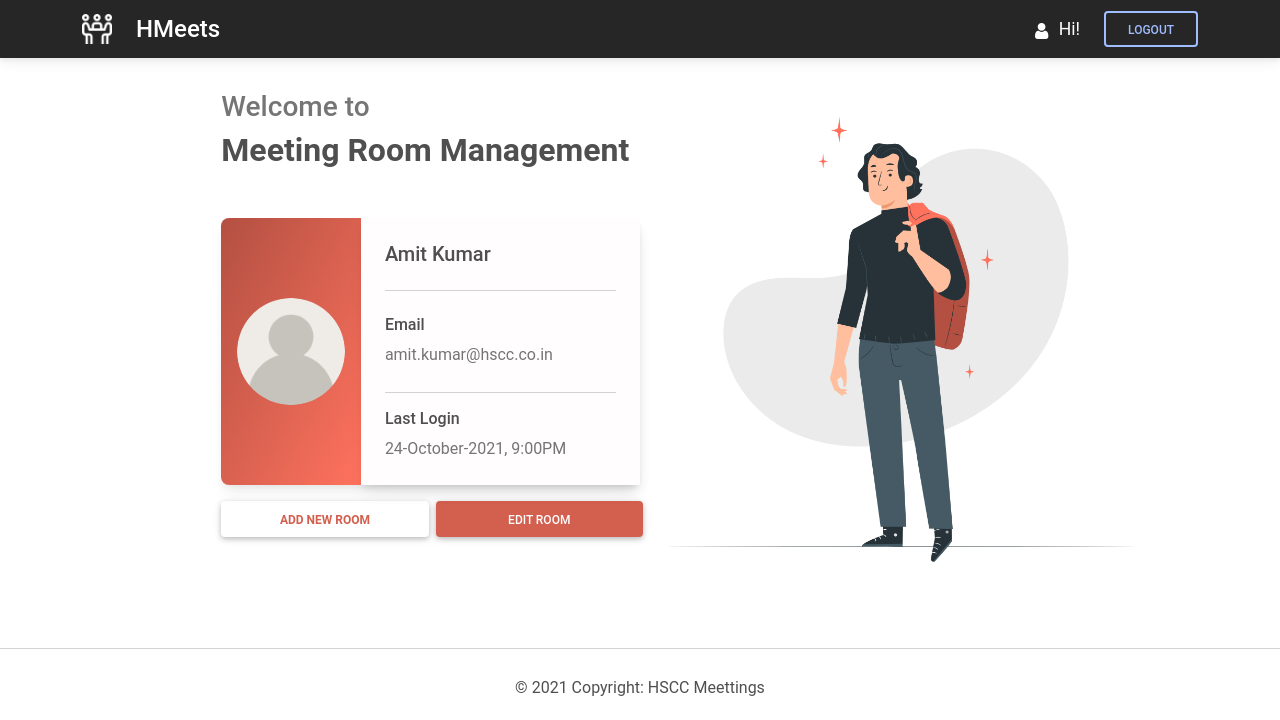
Repository: pavleen14/techyons-code-fury
Page: http://localhost/meetingroommanagement/views/admin.jsp
An editor plug-in stored every save of this project. The page is shown before and after the next save, followed by the edit.
The browser window is 1280 px wide. The pictures show the whole page.
The page is served by Tomcat 9. Other server files are loaded and not shown.

Above is the page before, as saved 2021-09-26 17:16:05.

### application/meetingroommanagement/src/main/webapp/views/admin.jsp
<%@page import="com.hsbc.meets.entity.User"%>
<%@page import="javax.servlet.descriptor.JspPropertyGroupDescriptor"%>
<!DOCTYPE html>
<html lang="en">

<head>
    <meta charset="UTF-8">
    <meta http-equiv="X-UA-Compatible" content="IE=edge">
    <meta name="viewport" content="width=device-width, initial-scale=1.0">
    <link rel="stylesheet" href="/meetingroommanagement/css/style.css">
    <title>Admin | HMeets</title>
</head>

<body id="page-container">
<%
    User user = (User)request.getSession().getAttribute("user");
    pageContext.setAttribute("user", user);
%>
    <header>
        <!-- Navbar -->
        <nav class="navbar navbar-expand-lg bg-dark" style="height: 8vh">
            <div class="container">
                <!-- Logo -->
                <img src="/meetingroommanagement/resources/images/logo.png" height="30" alt="" />
                <h4 class="text-white ms-4 my-auto">HMeets</h4>
                <!-- Logo -->

                <!-- Menu button -->
                <button class="navbar-toggler" type="button" data-mdb-toggle="collapse" data-mdb-target="#navbarButtons" aria-controls="navbarButtons" aria-expanded="true" aria-label="Toggle navigation">
                    <img src="/meetingroommanagement/resources/images/icon_menu.png" height="22" alt="" class="me-1" />
                </button>
                <!-- Menu button -->

                <!-- Nav Items -->
                <div class="collapse navbar-collapse align-items-center" id="navbarButtons">
                    <div class="me-auto"></div>
                    <!-- <small class="text-info me-4">Link</small> -->
                    <ul class="align-nav-item">
                        <img src="/meetingroommanagement/resources/images/icon_user.png" height="16" alt="" class="me-1" />
                        <small class="text-white me-4">Hi! ${ user.Name }</small>
                    </ul>
                    <ul class="align-nav-item">
                        <a href="">
                            <button type="button" class="btn btn-outline-info" data-mdb-ripple-color="dark">
                                Logout
                            </button>
                        </a>
                    </ul>
                    <!-- </div> -->
                </div>
                <!-- Nav Items -->
            </div>
        </nav>
        <!-- Navbar -->
    </header>

    <main id="content-wrap">
        <div class="container-fluid">
            <div class="row d-flex justify-content-center align-items-center h-100">
                <div class="col-9 col-sm-8 col-md-9 col-lg-6 col-xl-4 offset-xl-1">
                    <!--Welcome Text-->
                    <div class="d-flex flex-row align-items-center justify-content-center justify-content-lg-start">
                        <h3 class="text-muted">Welcome to</h3><br>
                    </div>
                    <div>
                        <h1 class="text-center lead d-flex flex-row align-items-center justify-content-center justify-content-lg-start">
                            Meeting Room Management</h1>
                    </div>
                    <!--/ Welcome Text-->

                    <!--User Details-->
                    <div class="card mt-5 mb-3" style="border-radius: .5rem;">
                        <div class="row g-0">
                            <div class="col-md-4 gradient-custom d-flex flex-row align-items-center justify-content-center" style="border-top-left-radius: .5rem; border-bottom-left-radius: .5rem;">
                                <img src="/meetingroommanagement/resources/images/img_user_card.png" alt="avatar" class="rounded-circle img-fluid py-4 p-3" style="width: 150px;">
                            </div>
                            <div class="col-md-8">
                                <div class="user-card-body px-4 py-2">
                                    <h5 class="my-3">Amit Kumar</h5>
                                    <hr class="my-4">
                                    <div class="col-12 mb-1">
                                        <h6>Email</h6>
                                        <p class="text-muted">amit.kumar@hscc.co.in</p>
                                    </div>
                                    <hr class="mt-4">
                                    <div class="col-12 mb-1">
                                        <h6>Last Login</h6>
                                        <p class="text-muted">24-October-2021, 9:00PM</p>
                                    </div>
                                </div>
                            </div>
                        </div>
                    </div>
                    <!--/ User Details-->

                    <!--Action Buttons-->
                    <div class="row">
                        <div class="col-md-6">
                            <button type="button" class="btn" id="btnadminoutline">
                                Add New Room
                            </button>
                        </div>
                        <div class="col-md-6">
                            <button type=" button" class="btn" id="btnadmin">Edit Room</button>
                        </div>
                    </div>
                    <!--/ Action Buttons-->

                </div>
                <!--Background picture-->
                <div class="col-9 col-sm-6 col-md-6 col-lg-6 col-xl-5">
                    <img src="/meetingroommanagement/resources/images/bg_admin.png" class="img-fluid" alt="Login">
                </div>
                <!--Background picture-->
            </div>
        </div>
    </main>

    <!--Footer-->
    <footer id="footer">
        <div>
            <hr class="my-2">
        </div>
        <div class="footer-copyright d-flex align-items-center justify-content-center">
            © 2021 Copyright: HSCC Meettings
        </div>
    </footer>
    <!--/.Footer-->

    <!--scripts-->
    <script src="/meetingroommanagement/scripts/scripts.js"></script>
    <!--scripts-->
</body>

</html>

Loaded but not shown: application/meetingroommanagement/src/main/webapp/css/style.css (library); application/meetingroommanagement/src/main/webapp/scripts/scripts.js (library)

After the next save:
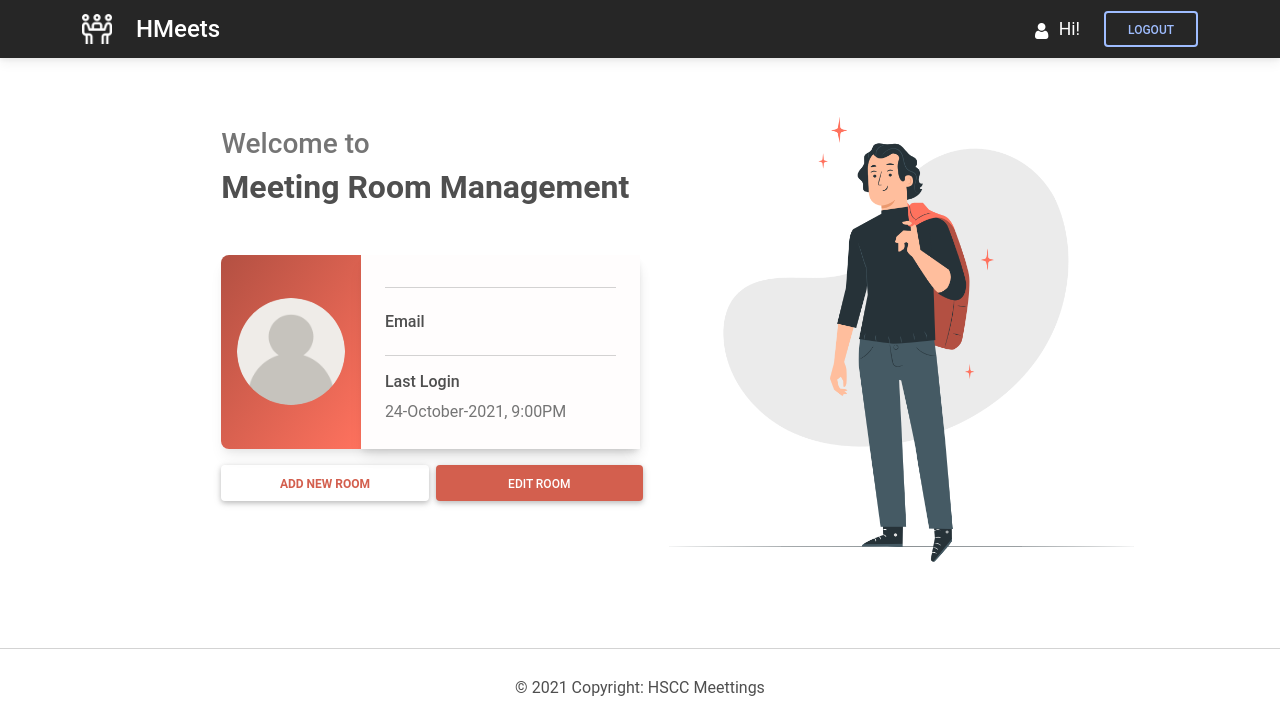
Saved 16 s later.
--- a/application/meetingroommanagement/src/main/webapp/views/admin.jsp
+++ b/application/meetingroommanagement/src/main/webapp/views/admin.jsp
@@ -76,11 +76,11 @@
                             </div>
                             <div class="col-md-8">
                                 <div class="user-card-body px-4 py-2">
-                                    <h5 class="my-3">Amit Kumar</h5>
+                                    <h5 class="my-3">${ user.Name }</h5>
                                     <hr class="my-4">
                                     <div class="col-12 mb-1">
                                         <h6>Email</h6>
-                                        <p class="text-muted">amit.kumar@hscc.co.in</p>
+                                        <p class="text-muted"></p>
                                     </div>
                                     <hr class="mt-4">
                                     <div class="col-12 mb-1">

After the 3 saves that followed:
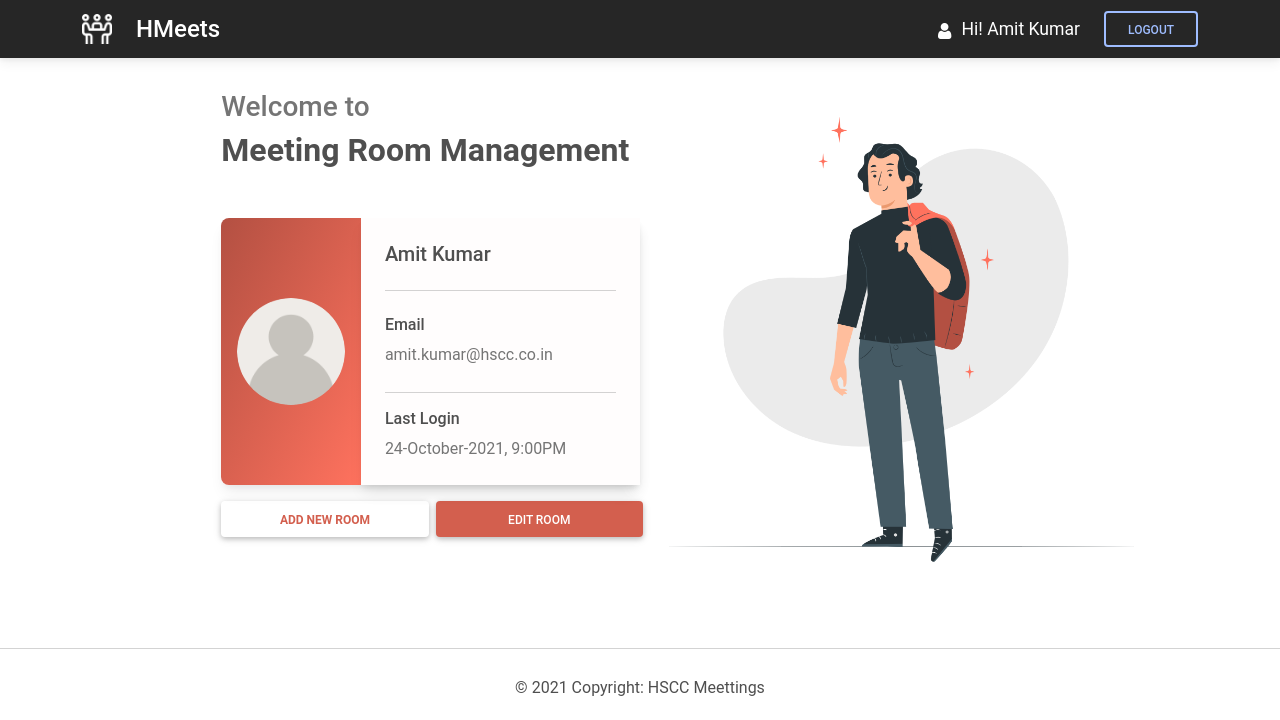
The 3 saves are shown as one change because 2 left the picture as it was.
The last was saved 3 min 22 s later.
--- a/application/meetingroommanagement/src/main/webapp/views/admin.jsp
+++ b/application/meetingroommanagement/src/main/webapp/views/admin.jsp
@@ -1,5 +1,5 @@
-<%@page import="com.hsbc.meets.entity.User"%>
-<%@page import="javax.servlet.descriptor.JspPropertyGroupDescriptor"%>
+<%@ page language="java" contentType="text/html; charset=ISO-8859-1"
+    pageEncoding="ISO-8859-1"%>
 <!DOCTYPE html>
 <html lang="en">
 
@@ -12,10 +12,6 @@
 </head>
 
 <body id="page-container">
-<%
-    User user = (User)request.getSession().getAttribute("user");
-    pageContext.setAttribute("user", user);
-%>
     <header>
         <!-- Navbar -->
         <nav class="navbar navbar-expand-lg bg-dark" style="height: 8vh">
@@ -37,10 +33,10 @@
                     <!-- <small class="text-info me-4">Link</small> -->
                     <ul class="align-nav-item">
                         <img src="/meetingroommanagement/resources/images/icon_user.png" height="16" alt="" class="me-1" />
-                        <small class="text-white me-4">Hi! ${ user.Name }</small>
+                        <small class="text-white me-4">Hi! Amit Kumar</small>
                     </ul>
                     <ul class="align-nav-item">
-                        <a href="">
+                        <a href="login?op=logout">
                             <button type="button" class="btn btn-outline-info" data-mdb-ripple-color="dark">
                                 Logout
                             </button>
@@ -76,11 +72,11 @@
                             </div>
                             <div class="col-md-8">
                                 <div class="user-card-body px-4 py-2">
-                                    <h5 class="my-3">${ user.Name }</h5>
+                                    <h5 class="my-3">Amit Kumar</h5>
                                     <hr class="my-4">
                                     <div class="col-12 mb-1">
                                         <h6>Email</h6>
-                                        <p class="text-muted"></p>
+                                        <p class="text-muted">amit.kumar@hscc.co.in</p>
                                     </div>
                                     <hr class="mt-4">
                                     <div class="col-12 mb-1">
